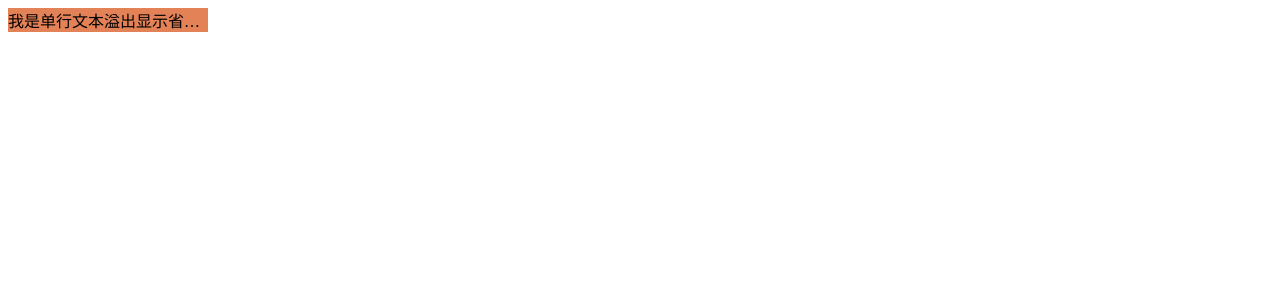
Repository: Gin1217/frontStudy
Page: box-shadow.html
An editor plug-in stored every save of this project. The page is shown before and after the next save, followed by the edit.
The browser window is 1280 px wide. The pictures show the whole page.

Above is the page before, as saved 2021-03-12 22:36:13.

### box-shadow.html
<!DOCTYPE html>
<html lang="en">

<head>
    <meta charset="UTF-8">
    <meta http-equiv="X-UA-Compatible" content="IE=edge">
    <meta name="viewport" content="width=device-width, initial-scale=1.0">
    <title>解决单行和多行溢出文本</title>
    <style>
        .box {
            width: 200px;
            background-color: #e48257;
            /* 别漏了定义宽度 */
        }

        .single-line {
            overflow: hidden;
            white-space: nowrap;
            text-overflow: ellipsis;
        }
    </style>
</head>

<body>
    <div class="single-line box shadow">我是单⾏⽂本溢出显示省略号略号</div>
</body>

</html>

After the next save:
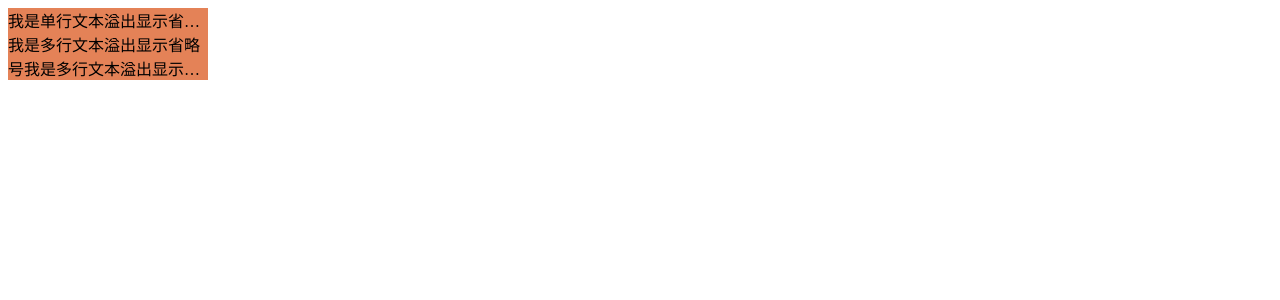
Saved 93 s later.
--- a/box-shadow.html
+++ b/box-shadow.html
@@ -18,11 +18,19 @@
             white-space: nowrap;
             text-overflow: ellipsis;
         }
+
+        .multiple-line {
+            display: -webkit-box;
+            -webkit-box-orient: vertical;
+            -webkit-line-clamp: 2;
+            overflow: hidden;
+        }
     </style>
 </head>
 
 <body>
     <div class="single-line box shadow">我是单⾏⽂本溢出显示省略号略号</div>
+    <div class="multiple-line box">我是多⾏⽂本溢出显示省略号我是多⾏⽂本溢出显示省略号</div>
 </body>
 
 </html>
